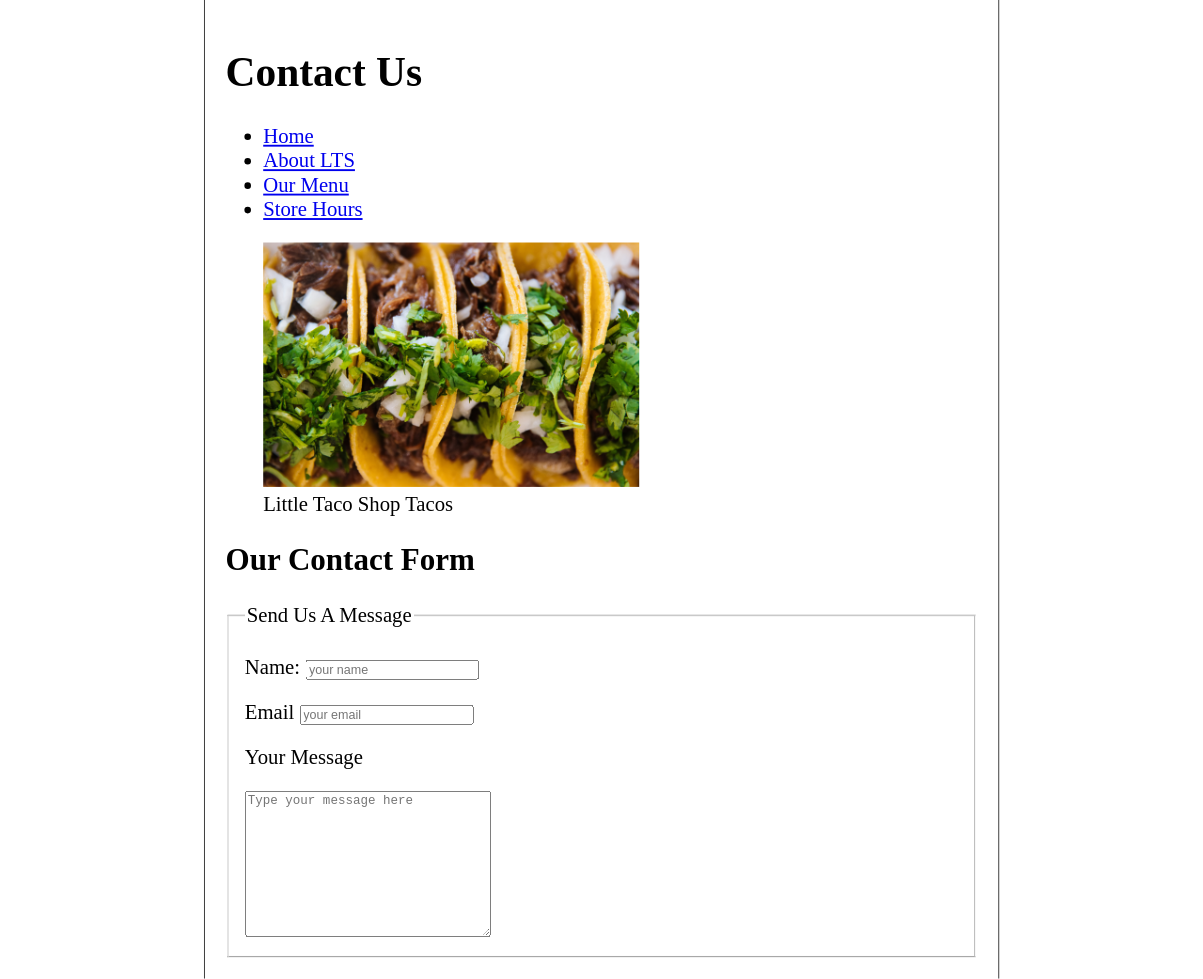
Repository: Israa-Odeh/html-basics-project
Page: contact.html
An editor plug-in stored every save of this project. The page is shown before and after a run of saves, followed by the edit.
The browser window is 1280 px wide. The pictures show the whole page, at 94% of full size.

Above is the page before, as saved 2024-08-20 03:08:49.

### contact.html
<!DOCTYPE html>
<html>

<head>
    <meta charset="UTF-8">
    <meta name="author" content="Israa Odeh">
    <meta name="description"
        content="Get in touch with Little Taco Shop! Visit our Contact Us page for our phone number, and location details. We are here to help with any questions or feedback.">
    <title>Contact Us - LTS</title>
    <link rel="icon" href="favicon.ico" type="image/x-icon">
    <link rel="stylesheet" href="css/style.css">
</head>

<body>
    <header>
        <h1>Contact Us</h1>
        <nav>
            <ul>
                <li>
                    <a href="index.html">Home</a>
                </li>
                <li>
                    <a href="index.html#about">About LTS</a>
                </li>
                <li>
                    <a href="index.html#menu">Our Menu</a>
                </li>
                <li>
                    <a href="hours.html">Store Hours</a>
                </li>
            </ul>
        </nav>
        <figure>
            <img src="img/tacos_close_up_400x260.png"
                alt="Close-up of a taco topped with fresh onions and vibrant parsley." width="400" height="260">
            <figcaption>Little Taco Shop Tacos</figcaption>
        </figure>
    </header>

    <main>
        <h2>Our Contact Form</h2>
        <form action="https://httpbin.org/post" method="post">
            <fieldset>
                <legend>Send Us A Message</legend>
                <p>
                    <label for="name">Name:</label>
                    <input type="text" id="name" name="name" placeholder="your name" required autocomplete="name">
                </p>
                <p>
                    <label for="email">Email</label>
                    <input type="email" id="email" name="email" placeholder="your email" required autocomplete="email">
                </p>
                <p>Your Message</p>
                <textarea name="messgae" id="message" rows="10" cols="30" placeholder="Type your message here"
                    required></textarea>
            </fieldset>
        </form>

    </main>

    <footer>

    </footer>

</body>

</html>

Loaded but not shown: css/style.css (common file)

After the next 2 saves:
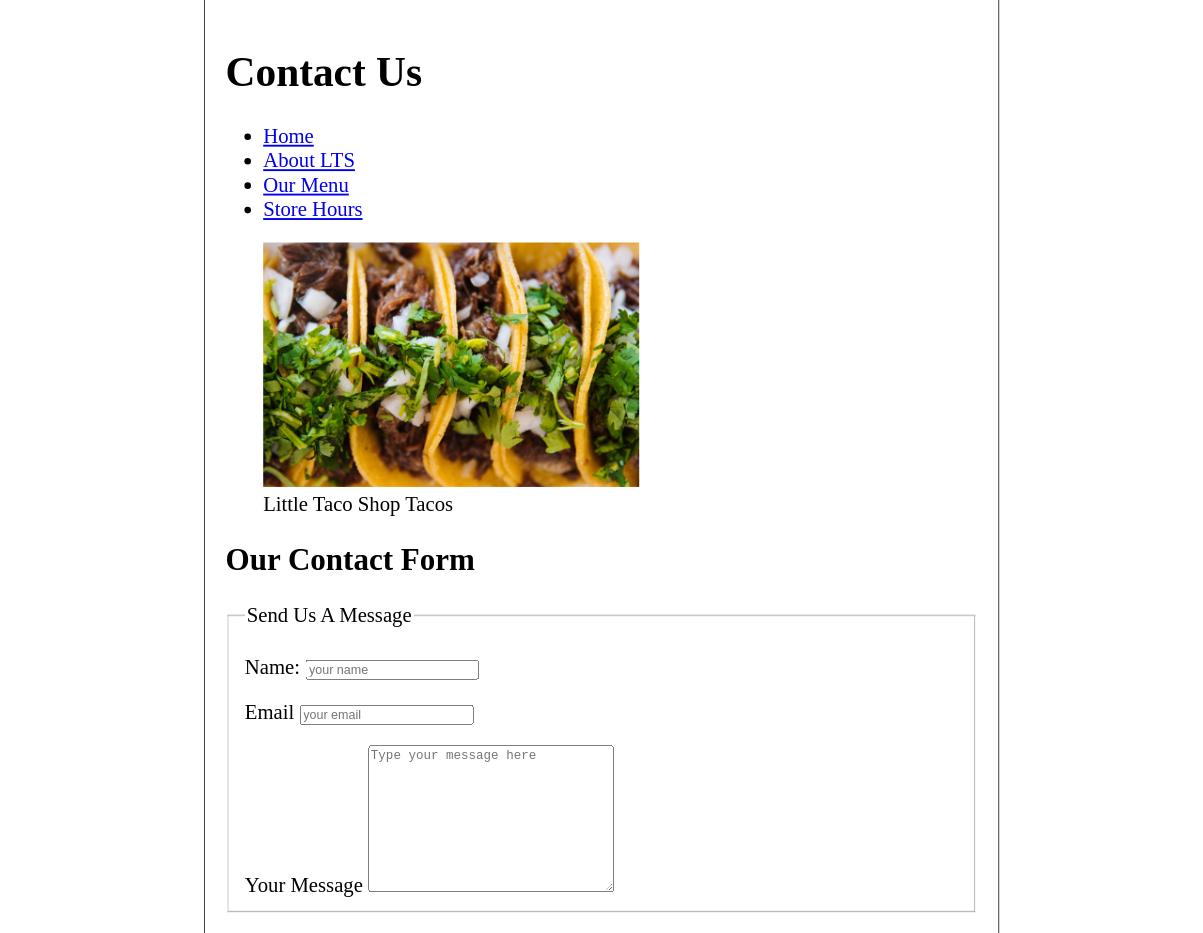
The 2 saves are shown as one change because they came seconds apart.
The last was saved 14 s later.
--- a/contact.html
+++ b/contact.html
@@ -50,7 +50,7 @@
                     <label for="email">Email</label>
                     <input type="email" id="email" name="email" placeholder="your email" required autocomplete="email">
                 </p>
-                <p>Your Message</p>
+                Your Message
                 <textarea name="messgae" id="message" rows="10" cols="30" placeholder="Type your message here"
                     required></textarea>
             </fieldset>

After the 2 saves that followed:
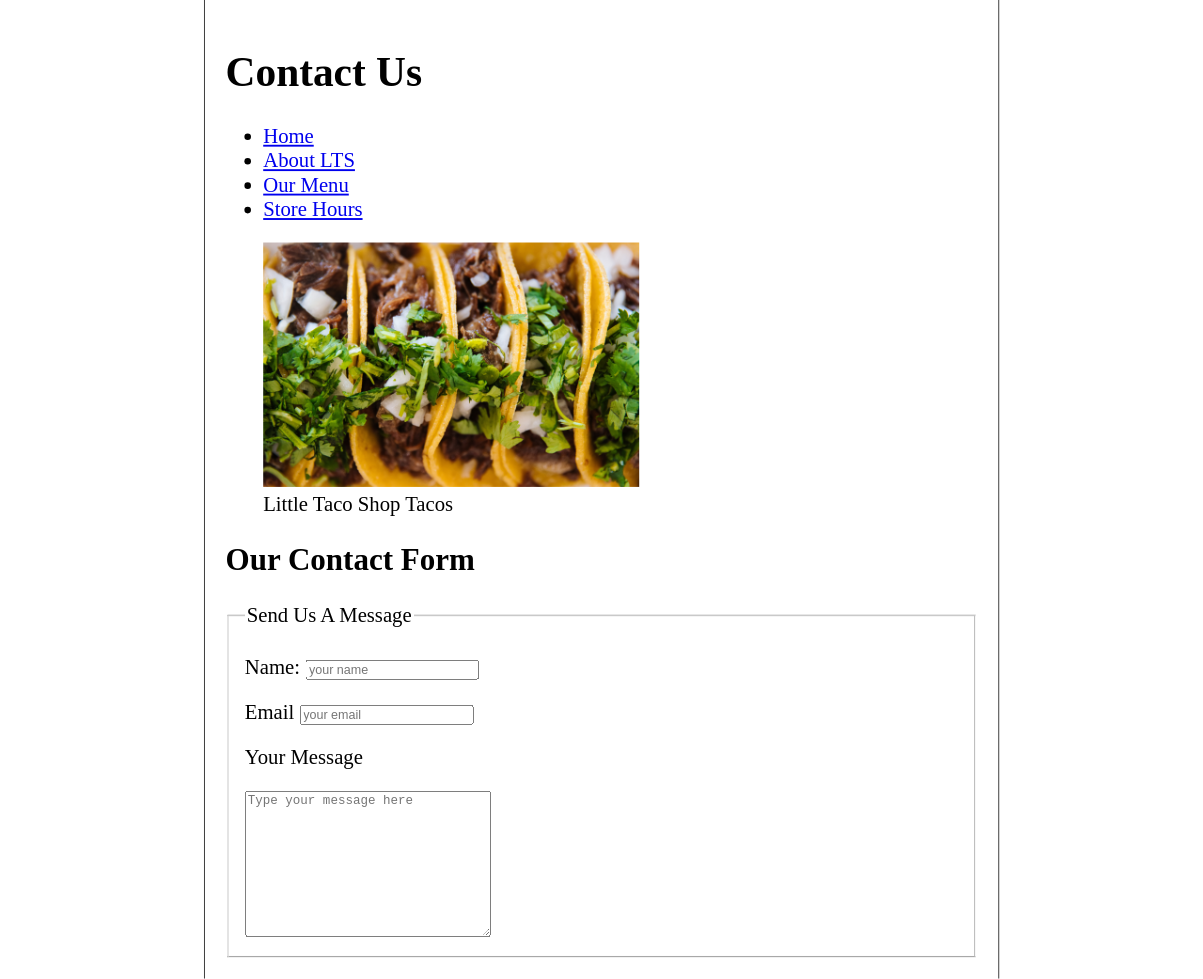
The 2 saves are shown as one change because 1 left the picture as it was.
The last was saved 36 s later.
--- a/contact.html
+++ b/contact.html
@@ -50,7 +50,7 @@
                     <label for="email">Email</label>
                     <input type="email" id="email" name="email" placeholder="your email" required autocomplete="email">
                 </p>
-                Your Message
+                <p>Your Message</p>
                 <textarea name="messgae" id="message" rows="10" cols="30" placeholder="Type your message here"
                     required></textarea>
             </fieldset>
